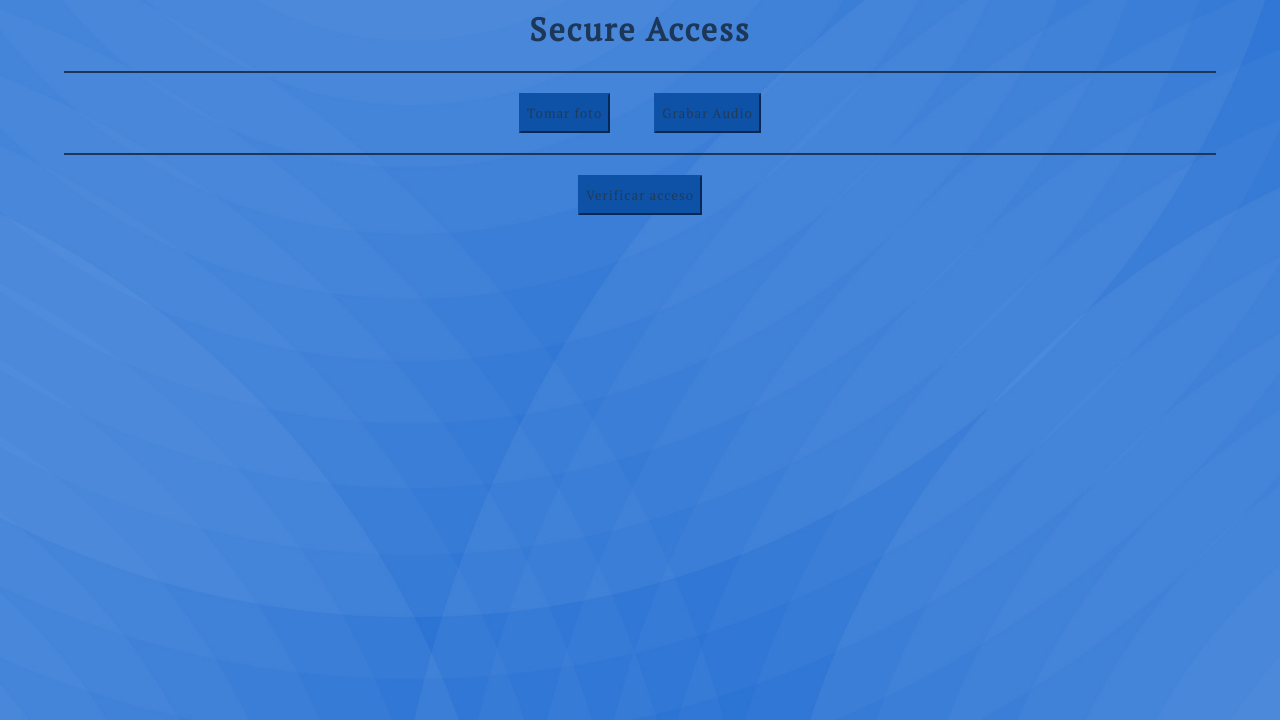
Repository: dabarreiroh/SECURE-ACCESS
Page: accessecure/templates/home/index.html
The author's editor kept a copy of each file at every save. The page is drawn from the files as they stood at one save, then again after the next save.
The browser window is 1280 px wide. The pictures show the whole page.

Above is the page before, as saved 2020-03-16 23:37:43.

After the next save:
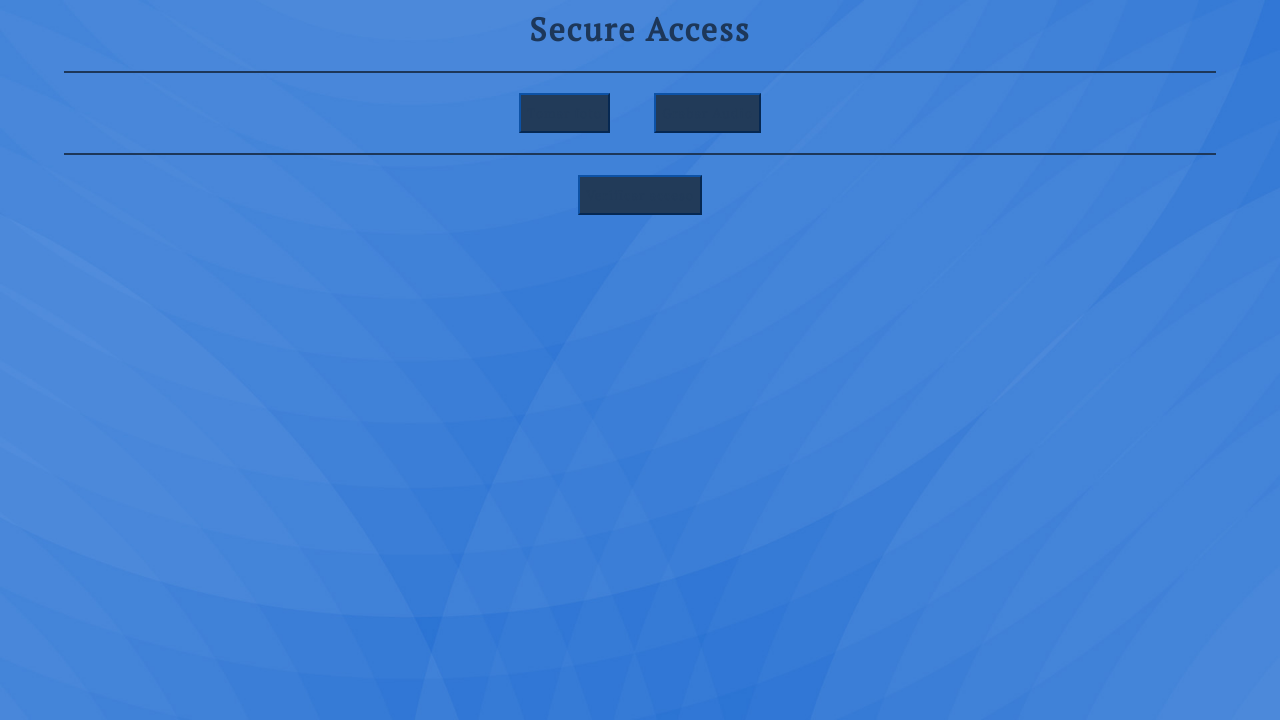
Saved 27 s later.
--- a/accessecure/static/admin/css/index/index.css
+++ b/accessecure/static/admin/css/index/index.css
@@ -25,7 +25,7 @@ input{
     margin: 20px;
     height: 40px;
     letter-spacing: 1px;
-    background-color: #0D52A6;
+    background-color: #223B59;
     border: 2px solid #0D52A6;
     border-style: outset;
     color: #223B59;
